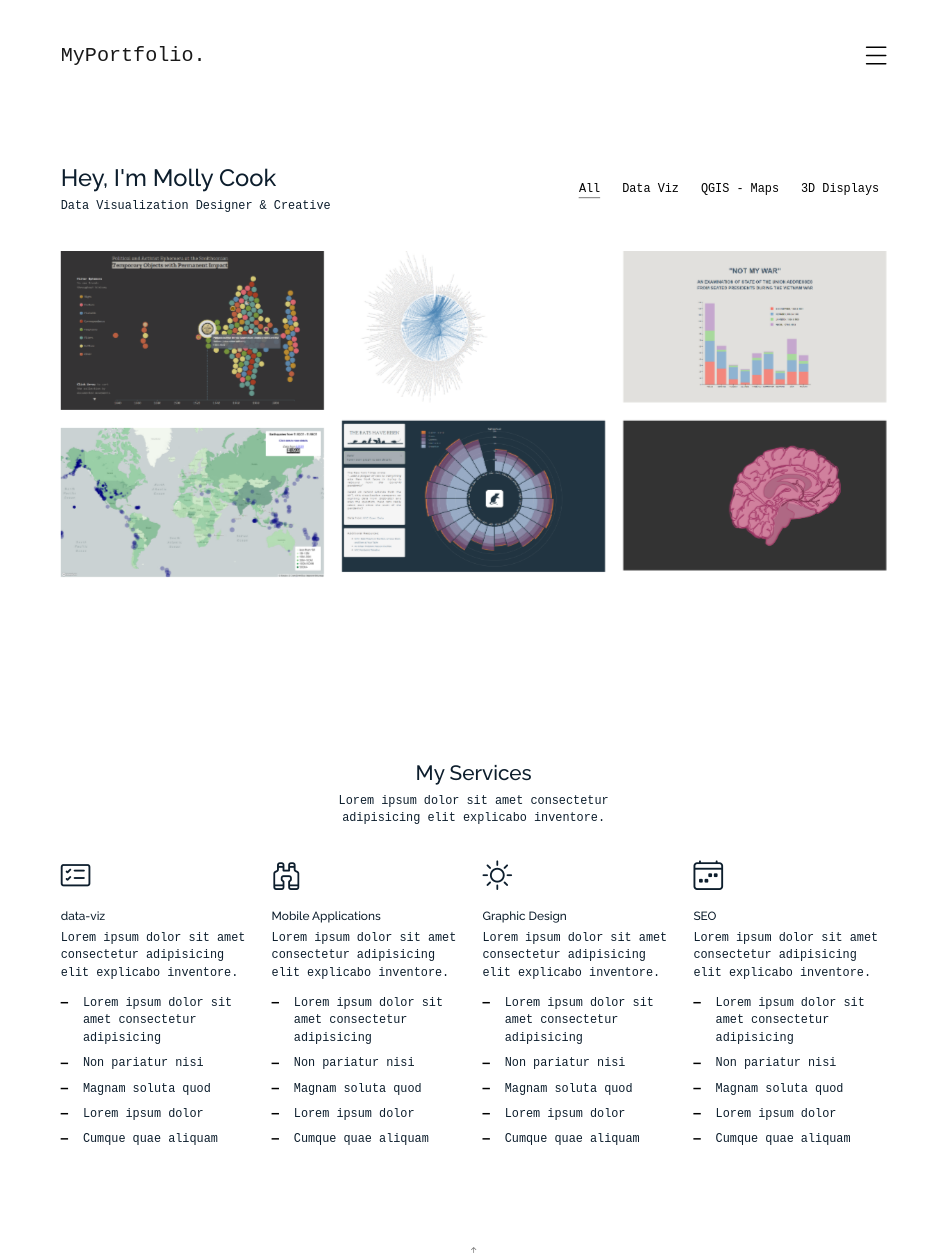
Repository: m0llyc00k/portfolio-2
Page: index.html
The author's editor kept a record of every edit. The page is drawn from the files as they stood at one moment, then again after the next edit.
The browser window is 1280 px wide. The pictures show the whole page, at 74% of full size.
Some web fonts or font styles are not loaded; a fallback is used.

Above is the page before.

After the next edit:
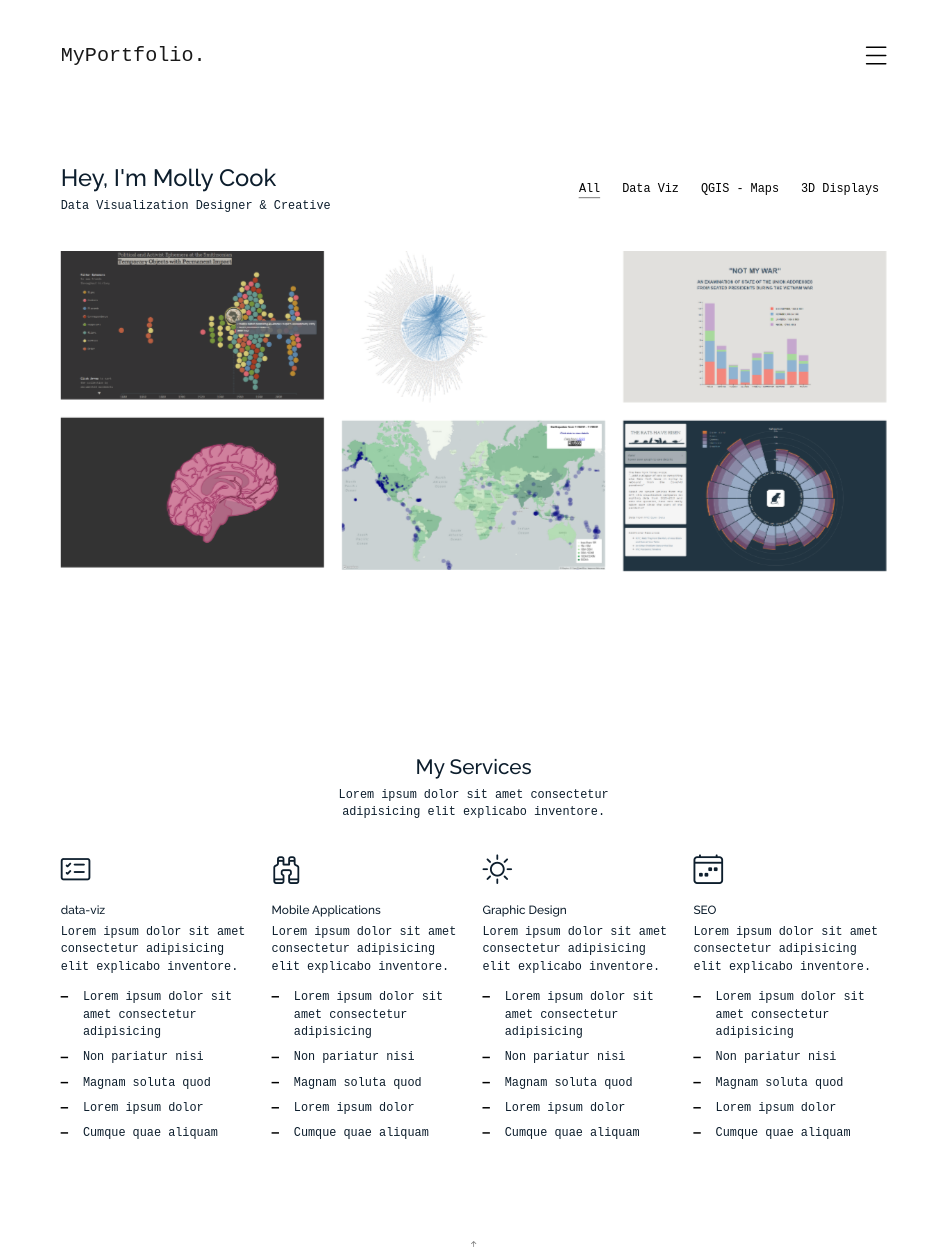
The edit:
--- a/index.html
+++ b/index.html
@@ -102,7 +102,7 @@
                 <h3>Temporary Objects with Permanent Impact: Ephemera at the Smithsonian</h3>
                 <span>Data Viz</span>
               </div>
-              <img class="img-fluid" src="assets/img/Cook_hero_image.png">
+              <img class="img-fluid" src="assets/img/bubble-overview.png">
             </a>
           </div>
           <div class="item data-viz col-sm-6 col-md-4 col-lg-4 mb-4">
